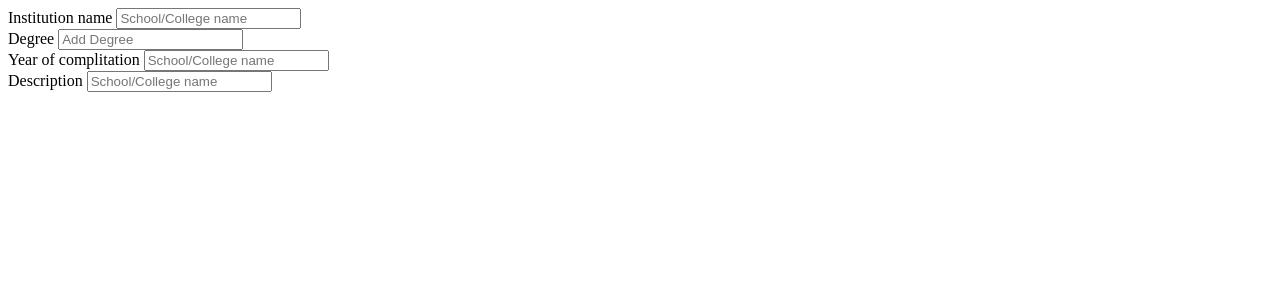
Repository: Tanmay-Kayande/Myportfolio
Page: http://localhost/myproject/education.jsp
An editor plug-in stored every save of this project. The page is shown before and after the next save, followed by the edit.
The browser window is 1280 px wide. The pictures show the whole page.
The page is served by Tomcat 9. The session is filled in as if someone had signed in: {"login": "exist"}. Other server files are loaded and not shown.

Above is the page before, as saved 2024-02-13 10:56:13.

### myproject/src/main/webapp/education.jsp
<%@ page language="java" contentType="text/html; charset=UTF-8"
    pageEncoding="UTF-8"%>
<!DOCTYPE html>
<html>
<head>
<meta charset="UTF-8">
<title>Insert title here</title>
</head>
<body>
	<form action="Education" method="post" >
		Institution name
		<input type="text" name="institution" placeholder="School/College name"><br>
		Degree
		<input type="text" name="degree" placeholder="Add Degree"><br>
		Year of complitation
		<input type="text" name="year" placeholder="School/College name"><br>
		Description
		<input type="text" name="year" placeholder="School/College name"><br>

	</form>
</body>
</html>

After the next save:
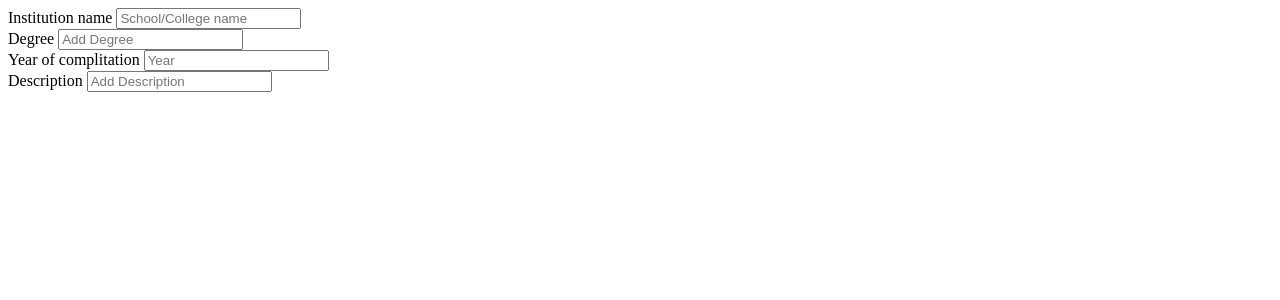
Saved 47 s later.
--- a/myproject/src/main/webapp/education.jsp
+++ b/myproject/src/main/webapp/education.jsp
@@ -13,9 +13,9 @@
 		Degree
 		<input type="text" name="degree" placeholder="Add Degree"><br>
 		Year of complitation
-		<input type="text" name="year" placeholder="School/College name"><br>
+		<input type="text" name="year" placeholder="Year"><br>
 		Description
-		<input type="text" name="year" placeholder="School/College name"><br>
+		<input type="text" name="desc" placeholder="Add Description"><br>
 
 	</form>
 </body>
